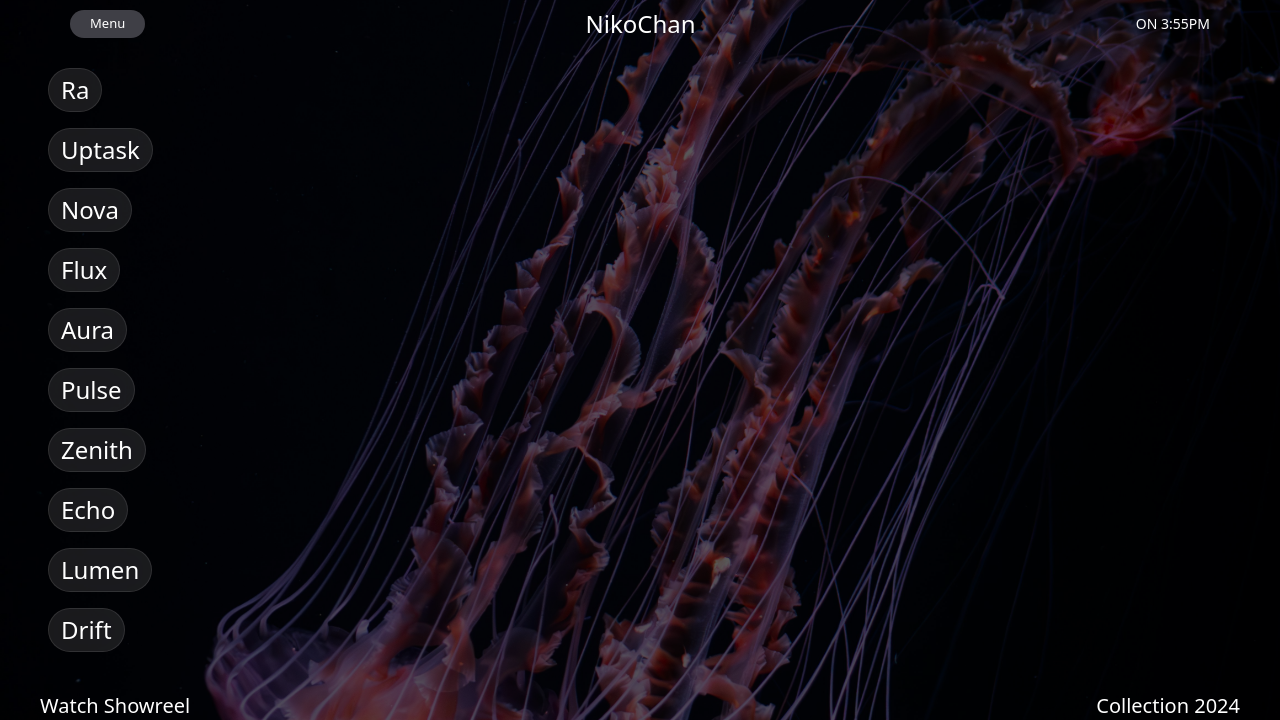
Repository: nikhilsinghrathore1/Niks_indian_local
Page: /
These files come from the project's save history. The page is drawn as it stood at one moment and after the next save; the edit follows.
The browser window is 1280 px wide. The pictures show the whole page.
The project was rebuilt for these pictures with package versions that can differ from the ones it lists, and the page was loaded fresh each time. Also part of the build but not shown: vite.config.ts.

Above is the page before, as saved 2024-08-27 10:54:26.

### src/App.tsx
import { useState } from 'react'
import reactLogo from './assets/react.svg'
import viteLogo from '/vite.svg'
import './App.css'
import Landing from './Components/Landing'

function App() {
  const [count, setCount] = useState(0)

  return (
    <>

      <Landing/>
    </>
  )
}

export default App

### src/App.css
@font-face {
               font-family:font1 ;
               src: url("./assets/Fontspring-DEMO-rocgroteskcomp-regular.otf");
}

.f1{
               font-family: font1;
}

.item>p{
               padding: 6px 12px;

               font-weight: lighter;
               background-color: rgba(255, 255, 255, 0.1);
               border-radius: 40px;
               border: 1px solid rgba(255, 255, 255, 0.1);
               backdrop-filter: blur(20px);
               transition: 0.3s;
}

.item>p:hover{
               background: none;
               border: 1px solid rgba(255, 255, 255, 0.25);
}

.preview{
               position: fixed ;
               width: 100% ;
               height: 100% ;
               color: #fff;
               z-index: 1;
}

.preview-bg{
               position: absolute;
               width: 100%;
               pointer-events: none;
               height: 100%;
               opacity: 0.35;
}

.preview-title h1{
               font-weight:  lighter;
               font-size: 80px;
}

.preview p , .preview-description p{
               font-size: 14px;
               line-height: 120%;
}

.preview-varient-1 .preview-img{
               position: absolute;
               bottom: 0;
               right: 0;
               margin: 2em;
               width: 300px;
               height: 400px;
               clip-path: polygon(0% 100%, 100%, 100% , 100% 100% , 0% 100%);

}

.preview-varient-1 .preview-title{
               position: absolute;
               top: 35%;
               left: 25%;
}
.preview-varient-1 .preview-tags{
               position: absolute;
               top: 35%;
               left: 40%;
}

.preview-varient-1 .preview-description{
               width: 250px;
               position: absolute;
               top: 25%;
               right: 25%;
}
.preview-varient-3 .preview-img{
               position: absolute;
               bottom: 10%;
               left: 15%;
               margin: 2em;
               width: 300px;
               height: 400px;
               clip-path: polygon(0% 0%, 0%, 0% , 0% 100% , 0% 100%);

}

.preview-varient-3 .preview-title{
               position: absolute;
               bottom: 40%;
               right: 15%;
}
.preview-varient-3 .preview-tags{
               position: absolute;
               bottom: 20%;
               right: 30%;
}

.preview-varient-3 .preview-description{
               width: 250px;
               position: absolute;
               left: 20%;
               top: 15%;
}
.preview-varient-2 .preview-img{
               position: absolute;
               top: 10%;
               right: 5%;
               margin: 2em;
               width: 300px;
               height: 400px;
               clip-path: polygon(100% 0%, 100%, 0% , 100% 100% , 100% 100%);

}

.preview-varient-2 .preview-title{
               position: absolute;
               bottom: 30%;
               left: 50%;
}
.preview-varient-2 .preview-tags{
               position: absolute;
               top: 25%;
               left: 25%;
}

.preview-varient-3 .preview-description{
               width: 250px;
               position: absolute;
               right: 10%;
               bottom: 15%;
}

### src/Components/Landing.tsx
// Landing.tsx
import { useEffect, useRef } from 'react';
import gsap from 'gsap';
import img1 from '../assets/img1.jpg';
import img2 from '../assets/img2.jpg';
import img3 from '../assets/img3.jpg';
import img4 from '../assets/img4.jpg';
import img5 from '../assets/img5.jpg';
import img6 from '../assets/img6.jpg';
import img7 from '../assets/img7.jpg';
import img8 from '../assets/img8.jpg';
import img9 from '../assets/img9.jpg';
import img10 from '../assets/img10.jpg';
import defaultBg from '../assets/default-bg.jpg';

interface TransformProps {
  x?: number;
  y?: number;
  opacity?: number;
}

type VariantTransform = {
  [key: string]: {
    [elementClass: string]: TransformProps;
  };
};

const mapClasses = [
  'variant-1',
  'variant-2',
  'variant-3',
  'variant-1',
  'variant-2',
  'variant-3',
  'variant-1',
  'variant-2',
  'variant-3',
  'variant-1',
];

const previews = [
  {
    img: img1,
    title: 'Ra',
    tags: 'Futuristic Fashion, Minimal Design',
    description:
      'Exploring the intersection of minimalism and future fashion trends in web design.',
    bg: img1,
  },
  {
    img: img2,
    title: 'Uptask',
    tags: 'Fashion Innovation, Graphic Simplicity',
    description:
      'Innovative fashion web design with a core focus on simplicity and elegance.',
    bg: img2,
  },
  {
    img: img3,
    title: 'Nova',
    tags: 'Space Inspired, Modern Aesthetics',
    description:
      'A modern take on space-inspired designs blending technology and art.',
    bg: img3,
  },
  {
    img: img4,
    title: 'Flux',
    tags: 'Dynamic Layouts, Vibrant Colors',
    description:
      'Dynamic and colorful layouts that capture attention and engage users.',
    bg: img4,
  },
  {
    img: img5,
    title: 'Aura',
    tags: 'Serene Designs, Pastel Themes',
    description:
      'Creating calm and soothing user experiences through pastel-themed designs.',
    bg: img5,
  },
  {
    img: img6,
    title: 'Pulse',
    tags: 'Energetic Vibes, Bold Typography',
    description:
      'Harnessing energy and movement with bold typography and striking visuals.',
    bg: img6,
  },
  {
    img: img7,
    title: 'Zenith',
    tags: 'Peak Performance, Sleek Interfaces',
    description:
      'Designs focused on peak performance and sleek, intuitive interfaces.',
    bg: img7,
  },
  {
    img: img8,
    title: 'Echo',
    tags: 'Repetitive Patterns, Minimalist Touch',
    description:
      'Utilizing repetitive patterns to create harmony and balance in design.',
    bg: img8,
  },
  {
    img: img9,
    title: 'Lumen',
    tags: 'Light Themes, Clarity Focused',
    description:
      'Emphasizing clarity and readability through light-themed designs.',
    bg: img9,
  },
  {
    img: img10,
    title: 'Drift',
    tags: 'Fluid Movements, Abstract Forms',
    description:
      'Incorporating fluid movements and abstract forms for a unique user experience.',
    bg: img10,
  },
];

const Landing: React.FC = () => {
  const containerRef = useRef<HTMLDivElement>(null);
  const previewBgRef = useRef<HTMLDivElement>(null);
  const itemsRef = useRef<Array<HTMLDivElement | null>>([]);

  useEffect(() => {
    const defaultClipPath: { [key: string]: string } = {
      'variant-1': 'polygon(0% 100%, 100% 100%, 100% 100%, 0% 100%)',
      'variant-2': 'polygon(100% 0%, 100% 0%, 100% 100%, 100% 100%)',
      'variant-3': 'polygon(0% 0%, 0% 0%, 0% 100%, 0% 100%)',
    };

    const variantTransform: VariantTransform = {
      'variant-1': {
        title: { x: 75, opacity: 0 },
        tags: { y: -75, opacity: 0 },
        description: { x: -75, opacity: 0 },
      },
      'variant-2': {
        title: { x: -75, opacity: 0 },
        tags: { y: -75, opacity: 0 },
        description: { y: 75, opacity: 0 },
      },
      'variant-3': {
        title: { x: 75, opacity: 0 },
        tags: { y: 75, opacity: 0 },
        description: { x: 75, opacity: 0 },
      },
    };

    const getDefaultClipPath = (previewElement: HTMLDivElement): string => {
      for (const variant in defaultClipPath) {
        if (previewElement.classList.contains(variant)) {
          return defaultClipPath[variant];
        }
      }
      return 'polygon(100% 0%, 0% 0%, 0% 100%, 100% 100%)';
    };

    const applyVariantStyle = (
      previewElement: HTMLDivElement,
      reset: boolean = false
    ) => {
      const variant = mapClasses[Array.from(previewElement.classList).findIndex(cls => cls.startsWith('variant-'))];
      if (variant && variantTransform[variant]) {
        Object.entries(variantTransform[variant]).forEach(
          ([elementClass, transform]) => {
            const element = previewElement.querySelector(
              `.preview-${elementClass}`
            ) as HTMLElement;
            if (element) {
              gsap.set(element, reset ? transform : { x: 0, y: 0, opacity: 1 });
            }
          }
        );
      }
    };

    const changeBg = (newImgSrc: string) => {
      if (previewBgRef.current) {
        gsap.to(previewBgRef.current, {
          backgroundImage: `url(${newImgSrc})`,
          duration: 0.5,
          ease: 'power3.out',
        });
      }
    };

    // Create preview elements
    previews.forEach((preview, index) => {
      const previewElement = document.createElement('div');
      previewElement.className = `preview ${mapClasses[index]} preview-${index + 1}`;
      previewElement.style.opacity = '0';
      previewElement.style.position = 'absolute';
      previewElement.style.top = '50%';
      previewElement.style.left = '50%';
      previewElement.style.transform = 'translate(-50%, -50%)';
      previewElement.style.pointerEvents = 'none';
      previewElement.innerHTML = `
        <div class="preview-img">
          <img src="${preview.img}" alt="${preview.title}" />
        </div>
        <div class="preview-title">
          <h1>${preview.title}</h1>
        </div>
        <div class="preview-tags">
          <p>${preview.tags}</p>
        </div>
        <div class="preview-description">
          <p>${preview.description}</p>
        </div>
      `;
      if (containerRef.current) {
        containerRef.current.appendChild(previewElement);
        applyVariantStyle(previewElement, true);
      }
    });

    let activePreview: HTMLDivElement | null = null;

    itemsRef.current.forEach((item, index) => {
      if (item) {
        item.addEventListener('mouseenter', () => {
          const newBg = previews[index].bg;
          changeBg(newBg);

          const newActivePreview = containerRef.current?.querySelector(
            `.preview-${index + 1}`
          ) as HTMLDivElement;

          if (activePreview && activePreview !== newActivePreview) {
            gsap.to(activePreview, {
              opacity: 0,
              duration: 0.5,
              ease: 'power3.out',
              onComplete: () => applyVariantStyle(activePreview!, true),
            });
          }

          gsap.to(newActivePreview, {
            opacity: 1,
            duration: 0.5,
            ease: 'power3.out',
            onStart: () => applyVariantStyle(newActivePreview, false),
          });

          activePreview = newActivePreview;
        });

        item.addEventListener('mouseleave', () => {
          if (activePreview) {
            gsap.to(activePreview, {
              opacity: 0,
              duration: 0.5,
              ease: 'power3.out',
              onComplete: () => applyVariantStyle(activePreview!, true),
            });
            activePreview = null;
            changeBg(defaultBg);
          }
        });
      }
    });

    // Set initial background
    changeBg(defaultBg);
  }, []);

  return (
    <div className='w-full h-screen overflow-hidden fixed text-white bg-black'>
      {/* Nav Bar */}
      <nav className='w-full fixed flex pt-2 items-center justify-around gap-[300px]  z-50'>
        <div className='menu-btn w-fit bg-zinc-700 rounded-full backdrop-blur-md px-5 py-1 cursor-pointer'>
          <h1 className='text-[13px]'>Menu</h1>
        </div>
        <div className='logo text-2xl'>
          <h1>NikoChan</h1>
        </div>
        <div className='local-time text-sm'>
          <h1>ON 3:55PM</h1>
        </div>
      </nav>

      {/* Footer */}
      <div className='footer fixed px-10 bottom-0 text-xl flex items-center justify-between w-full z-50'>
        <p>Watch Showreel</p>
        <p>Collection 2024</p>
      </div>

      {/* Items List */}
      <div
        className='items fixed w-1/3 h-full flex flex-col px-12 text-2xl leading-tight capitalize justify-center z-30'
        >
        {previews.map((preview, index) => (
          <div
            key={index}
            className='item w-fit py-2 cursor-pointer'
            ref={(el) => (itemsRef.current[index] = el)}
          >
            <p>{preview.title}</p>
          </div>
        ))}
      </div>

      {/* Preview Background */}
      <div
        className='preview-bg fixed top-0 left-0 w-full h-full bg-cover bg-center z-10 transition-all duration-500 ease-out'
        ref={previewBgRef}
      ></div>

      {/* Preview Container */}
      <div
        className='preview-container fixed top-0 left-0 w-full h-full pointer-events-none z-20'
        ref={containerRef}
      ></div>
    </div>
  );
};

export default Landing;

Loaded but not shown: index.html (common file); src/main.tsx (common file); src/index.css (common file); tailwind.config.js (common file)

After the next save:
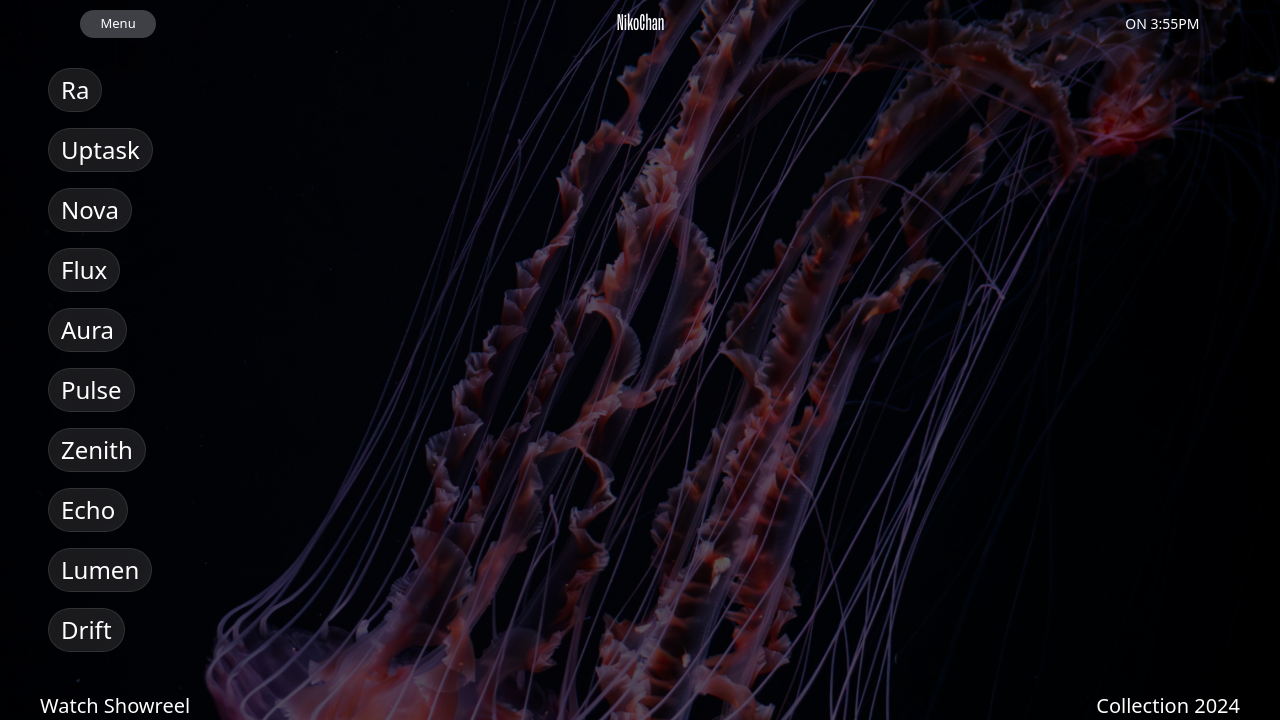
Saved 7 s later.
--- a/src/Components/Landing.tsx
+++ b/src/Components/Landing.tsx
@@ -276,7 +276,7 @@ const Landing: React.FC = () => {
         <div className='menu-btn w-fit bg-zinc-700 rounded-full backdrop-blur-md px-5 py-1 cursor-pointer'>
           <h1 className='text-[13px]'>Menu</h1>
         </div>
-        <div className='logo text-2xl'>
+        <div className='logo f1 text-2xl'>
           <h1>NikoChan</h1>
         </div>
         <div className='local-time text-sm'>
